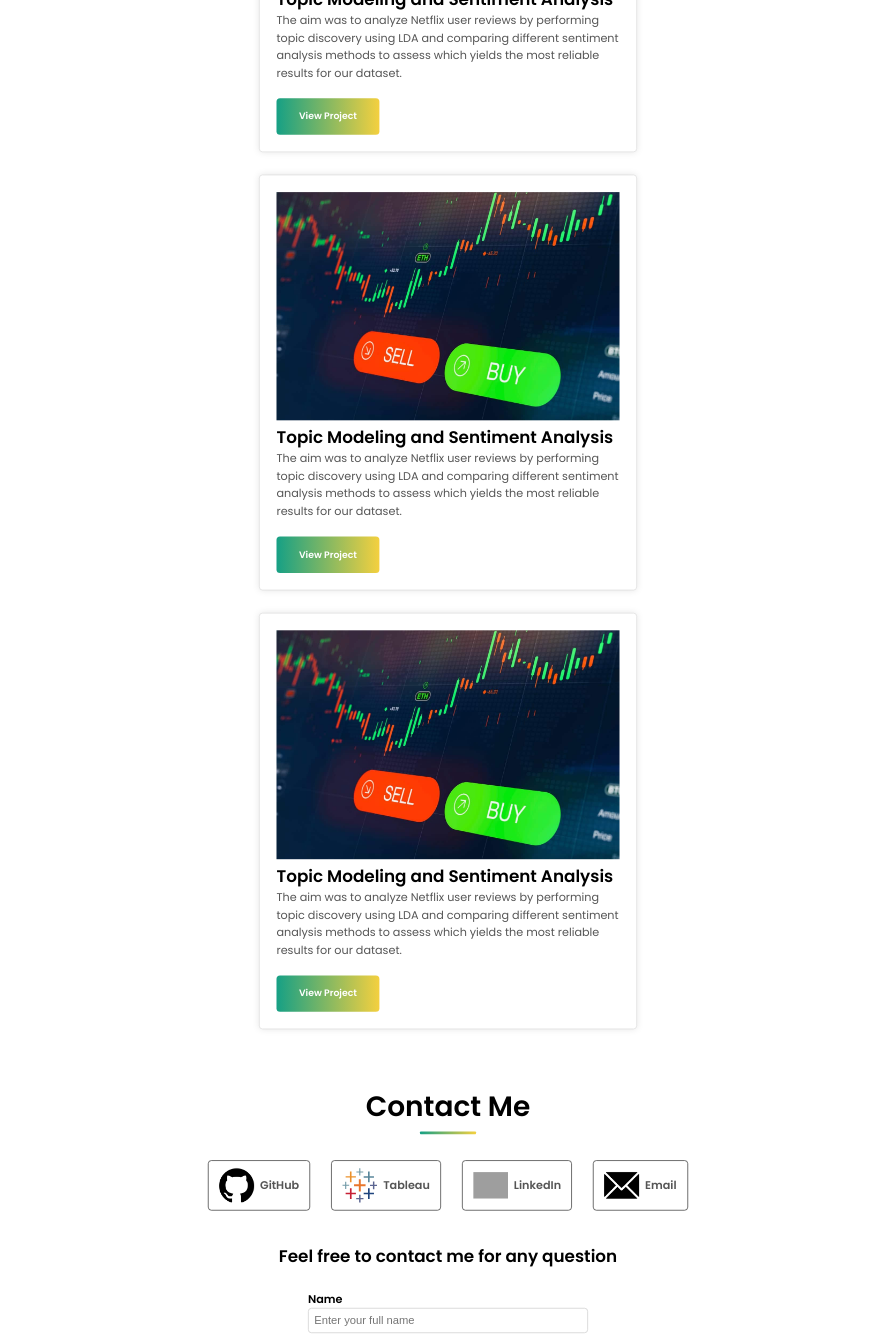
Repository: OlgaKuzminichna/CV
Page: index.html
The author's editor kept a copy of each file at every save. The page is drawn from the files as they stood at one save, then again after the next save.
The browser window is 1280 px wide. The pictures show the part of the page from y = 3188 to 5108 px (the page is 5504 px tall before and 6139 px after), at 70% of full size.
Pictures or frames that could not be fetched are drawn as grey boxes.

Above is the page before, as saved 2024-11-25 00:40:00.

After the next save:
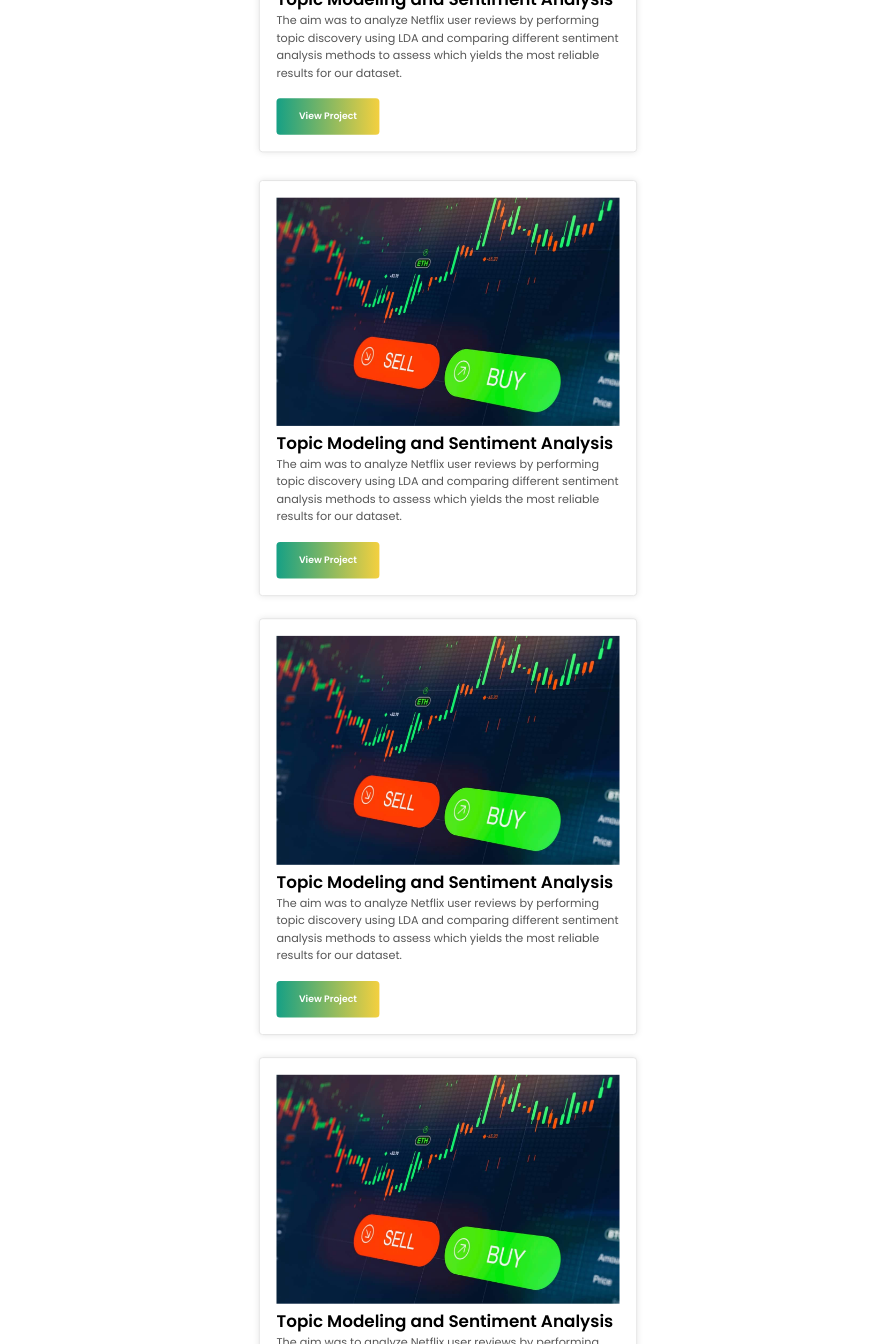
Saved 2 min 23 s later.
--- a/index.html
+++ b/index.html
@@ -183,6 +183,16 @@
                         onclick="location.href='https://github.com/OlgaKuzminichna/SentimentAnalysis'">View Project</button>
                     </div>
                 </div>
+
+                <div class="project-detail-card">
+                    <img src="./images/trading.jpg" class="project-image"/>
+                    <h2 class="project-title">Topic Modeling and Sentiment Analysis</h2>
+                    <p>The aim was to analyze Netflix user reviews by performing topic discovery using LDA and comparing different sentiment analysis methods to assess which yields the most reliable results for our dataset.</p>
+                    <div class="button-group">
+                        <button class="main-btn project-btn"
+                        onclick="location.href='https://github.com/OlgaKuzminichna/SentimentAnalysis'">View Project</button>
+                    </div>
+                </div>
             </div>
             <div class="project-group">
                 <div class="project-detail-card">
